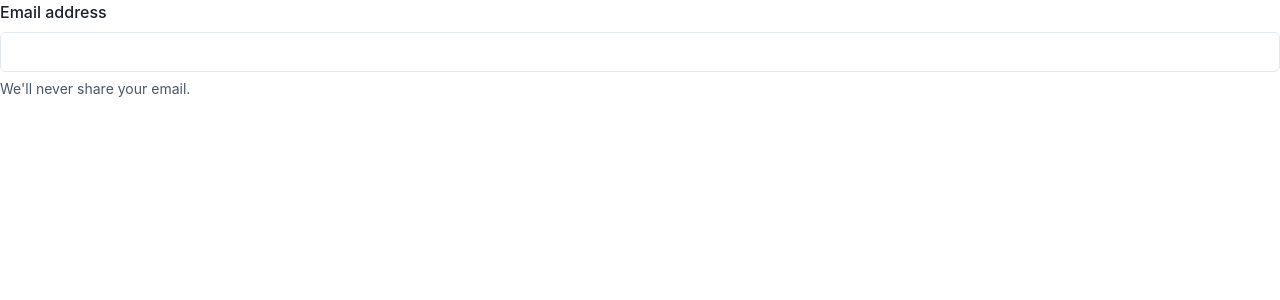
Repository: NeeleshRoy/synechron
Page: /
An editor plug-in stored every save of this project. The page is shown before and after the next save, followed by the edit.
The browser window is 1280 px wide. The pictures show the whole page.
The project was rebuilt for these pictures with package versions that can differ from the ones it lists, and the page was loaded fresh each time.

Above is the page before, as saved 2023-02-04 01:09:12.

After the next save:
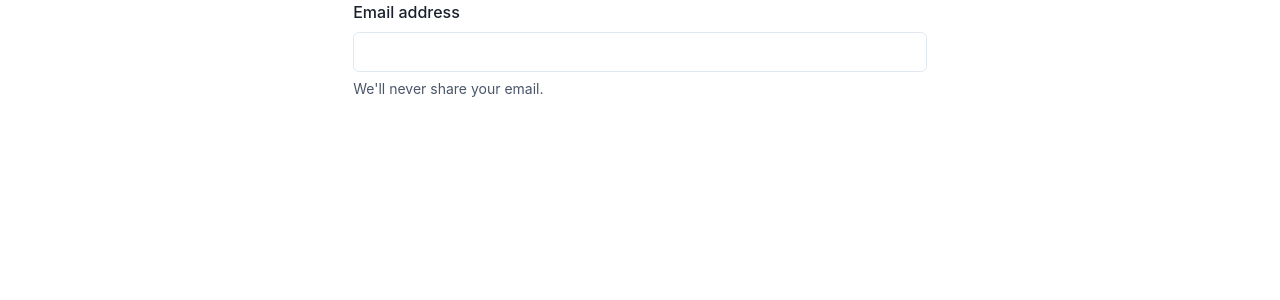
Saved 2 min 30 s later.
--- a/src/App.js
+++ b/src/App.js
@@ -1,10 +1,13 @@
 import Home from './components/Home'
+import { Container } from '@chakra-ui/react'
 
 function App() {
   return (
-    <div className="App">
+    <Container>
+      <div className="App">
       <Home />
     </div>
+    </Container>
   );
 }
 
